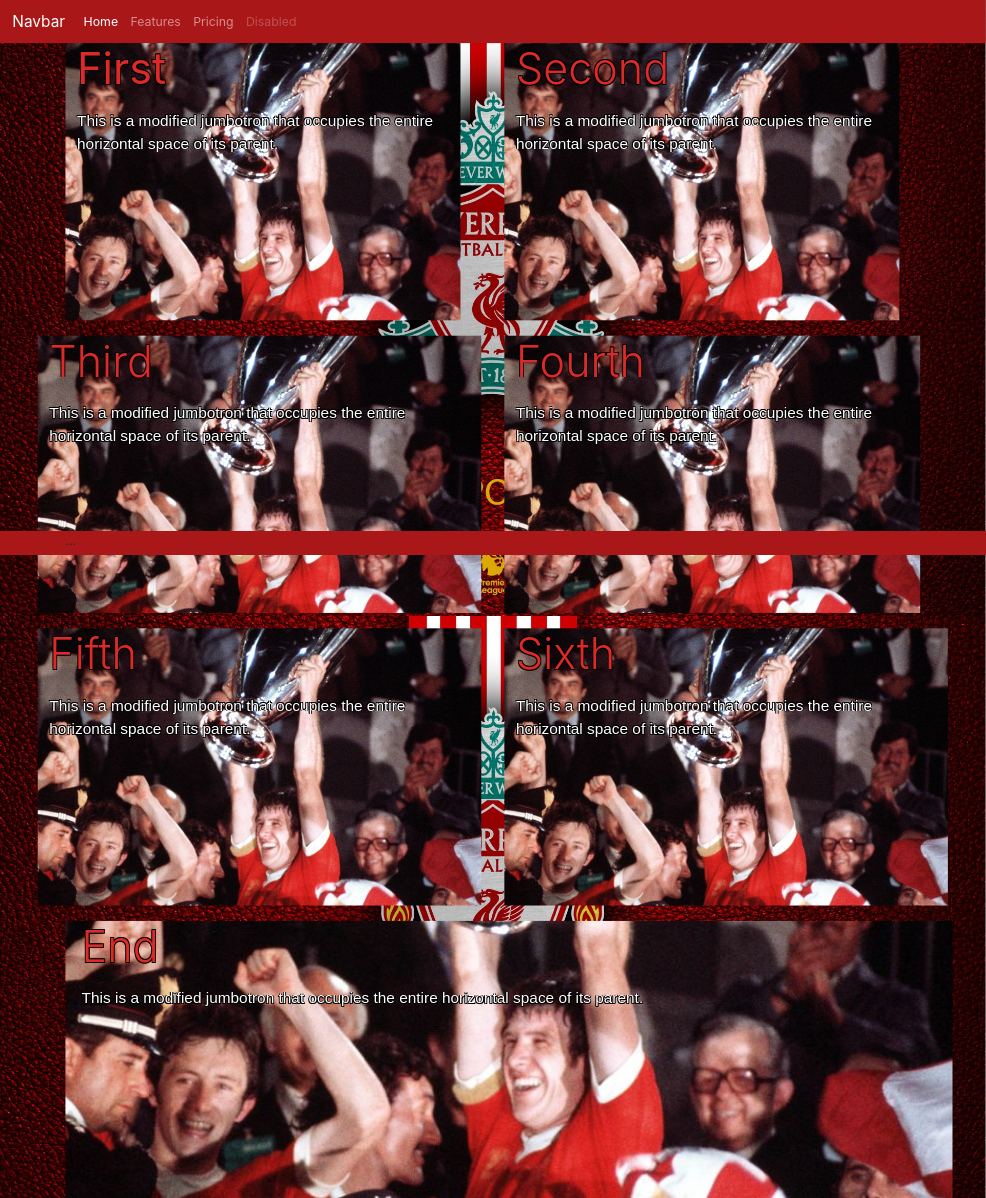
Repository: DalyAD/allez-2
Page: page1.html
The author's editor kept a record of every edit. The page is drawn from the files as they stood at one moment, then again after the next edit.
The browser window is 1280 px wide. The pictures show the whole page, at 77% of full size.
Backgrounds fixed to the window are drawn as part of the page.

Above is the page before.

### page1.html
<!DOCTYPE html>
<html lang="en">

<head>
    <meta charset="UTF-8">
    <meta name="viewport" content="width=device-width, initial-scale=1.0">
    <meta http-equiv="X-UA-Compatible" content="ie=edge">
    <link rel="stylesheet" href="assets/css/style.css" type="text/css" />
    <link rel="stylesheet" href="https://stackpath.bootstrapcdn.com/font-awesome/4.7.0/css/font-awesome.min.css" type="text/css" />
    <link rel="stylesheet" href="https://stackpath.bootstrapcdn.com/bootstrap/4.4.1/css/bootstrap.min.css" type="text/css" />
    <title>Document</title>
</head>

<body>
    <header>
        <nav class="navbar navbar-expand-lg navbar-dark">
            <a class="navbar-brand" href="index.html">Navbar</a>
            <button class="navbar-toggler" type="button" data-toggle="collapse" data-target="#navbarNavAltMarkup" aria-controls="navbarNavAltMarkup" aria-expanded="false" aria-label="Toggle navigation">
                <span class="navbar-toggler-icon"></span>
            </button>
            <div class="collapse navbar-collapse" id="navbarNavAltMarkup">
                <div class="navbar-nav">
                    <a class="nav-item nav-link active" href="#">Home <span class="sr-only">(current)</span></a>
                    <a class="nav-item nav-link" href="#">Features</a>
                    <a class="nav-item nav-link" href="#">Pricing</a>
                    <a class="nav-item nav-link disabled" href="#">Disabled</a>
                </div>
            </div>
        </nav>
    </header>
    <section>
        <div class="container">
            <div class="row">
                <div class="col-sm-12 col-lg-6">
                    <div class="first">
                        <div class="container">
                            <h1 class="display-4"><strong>First</strong></h1>
                            <p class="lead">This is a modified jumbotron that occupies the entire horizontal space of its parent.</p>
                        </div>
                    </div>
                </div>
                <div class="col-sm-12 col-lg-6">
                    <div class="second">
                        <div class="container">
                            <h1 class="display-4">Second</h1>
                            <p class="lead">This is a modified jumbotron that occupies the entire horizontal space of its parent.</p>
                        </div>
                    </div>
                </div>
                <div class="container">
                    <div class="row">
                        <div class="col-sm-12 col-lg-6">
                            <div class="third">
                                <div class="container">
                                    <h1 class="display-4">Third</h1>
                                    <p class="lead">This is a modified jumbotron that occupies the entire horizontal space of its parent.</p>
                                </div>
                            </div>
                        </div>
                        <div class="col-sm-12 col-lg-6">
                            <div class="fourth">
                                <div class="container">
                                    <h1 class="display-4">Fourth</h1>
                                    <p class="lead">This is a modified jumbotron that occupies the entire horizontal space of its parent.</p>
                                </div>
                            </div>
                        </div>
                    </div>
                </div>
                <div class="container">
                <div class="row">
                    <div class="col-sm-12 col-lg-6">
                        <div class="fifth">
                            <div class="container">
                                <h1 class="display-4">Fifth</h1>
                                <p class="lead">This is a modified jumbotron that occupies the entire horizontal space of its parent.</p>
                            </div>
                        </div>
                    </div>
                    <div class="col-sm-12 col-lg-6">
                        <div class="sixth">
                            <div class="container">
                                <h1 class="display-4">Sixth</h1>
                                <p class="lead">This is a modified jumbotron that occupies the entire horizontal space of its parent.</p>
                            </div>
                        </div>
                    </div>
                </div>
                <div class="row">
                    <div class="col">
                        <div class="end">
                            <div class="container">
                                <h1 class="display-4">End</h1>
                                <p class="lead">This is a modified jumbotron that occupies the entire horizontal space of its parent.</p>
                            </div>
                        </div>
                    </div>
                </div>
            </div>
        </div>

    </section>
    <footer class="footer ">
        <div class="container">
            ...
        </div>
    </footer>
    <script src="https://code.jquery.com/jquery-3.4.1.slim.min.js" integrity="sha384-J6qa4849blE2+poT4WnyKhv5vZF5SrPo0iEjwBvKU7imGFAV0wwj1yYfoRSJoZ+n" crossorigin="anonymous"></script>
    <script src="https://cdn.jsdelivr.net/npm/popper.js@1.16.0/dist/umd/popper.min.js" integrity="sha384-Q6E9RHvbIyZFJoft+2mJbHaEWldlvI9IOYy5n3zV9zzTtmI3UksdQRVvoxMfooAo" crossorigin="anonymous"></script>
    <script src="https://stackpath.bootstrapcdn.com/bootstrap/4.4.1/js/bootstrap.min.js" integrity="sha384-wfSDF2E50Y2D1uUdj0O3uMBJnjuUD4Ih7YwaYd1iqfktj0Uod8GCExl3Og8ifwB6" crossorigin="anonymous"></script>
</body>

</html>

### assets/css/style.css
/*Global*/

.footer {
  position: fixed;
  bottom: 0;
  width: 100%;
  height: 30px;
  background-color: #aa1718;
  z-index: 1;
}

body {
  padding: 0;
  margin: 0;
}
/*index.html styling*/

@media (max-width:992px){
  .welcome {
    margin-left: 15px;
  }
}

.welcometext {
  padding: 20px;
}

.lead {
  padding-top: 10px;
  text-align: left;
}

.welcome {
  background-attachment: scroll;
  background-image: url(../images/1977.jpeg);
  background-position: bottom;
  background-size: cover;
  height: 50vh;
  width: 95%;
  margin-bottom: 0px;
  z-index: 1;
}

.welcome {
  overflow-y:auto;
  overflow-x:hidden;
}

.welcome {
  height: 80vh;
  width: 90vw;
  margin-top: 20px;
  margin-bottom: 20px;
}

/*page1.html styling*/

.welcome {
  background-color: #e84610(232, 70, 16, 0.62) !important;
}

.jumbotron {
  background-color: rgba(232, 70, 16, 0.62) !important;
}

.lead {
  font-family: Arial;
  color: #fff;
  font-size: 20px !important;
  text-shadow: -1px -1px 0 #000,
  1px -1px 0 #000,
  -1px 1px 0 #000,
  1px 1px 0 #000;
}

.jumbotron {}

.navbar {
  background-color: #aa1718;
}

.bg-custom {
  color: #fff !important;
}

.navbar-light a {
  color: #fff !important;
}

/*Jumbotron styling*/

.first {
  background-attachment: scroll;
  background-image: url(../images/1977.jpeg);
  background-position: bottom;
  background-size: cover;
  height: 50vh;
  width: 95%;
  margin-bottom: 0px;
  z-index: 1;
}


.second {
  background-attachment: scroll;
  background-image: url(../images/1977.jpeg);
  background-position: bottom;
  background-size: cover;
  height: 50vh;
  width: 95%;
  margin-bottom: 0px;
  z-index: 1;
}

.third {
  background-attachment: scroll;
  background-image: url(../images/1977.jpeg);
  background-position: bottom;
  background-size: cover;
  height: 50vh;
  width: 95%;
  margin-bottom: 0px;
  z-index: 1;
}

.fourth {
  background-attachment: scroll;
  background-image: url(../images/1977.jpeg);
  background-position: bottom;
  background-size: cover;
  height: 50vh;
  margin-bottom: 0px;
  z-index: 1;
}

.fifth {
  background-attachment: scroll;
  background-image: url(../images/1977.jpeg);
  background-position: bottom;
  background-size: cover;
  height: 50vh;
  width: 95%;
  margin-bottom: 0px;
  z-index: 1;
}

.sixth {
  background-attachment: scroll;
  background-image: url(../images/1977.jpeg);
  background-position: bottom;
  background-size: cover;
  height: 50vh;
  width: 95%;
  margin-bottom: 0px;
  z-index: 1;
}

.end {
  background-attachment: scroll;
  background-image: url(../images/1977.jpeg);
  background-position: bottom;
  background-size: cover;
  height: 50vh;
  width: 95%;
  margin-bottom: 0px;
  z-index: 1;
}

/*main background*/

body {
  background-attachment: fixed;
  background-image: url(../images/crest2.jpg);
  background-position: center;
  background-repeat: no-repeat;
  background-size: cover;
  height: 100vh;
  width: 100vw;
  margin-bottom: 0px;
  z-index: 1;
}

.display-4 {
  color: #dd2a28;
  text-shadow: -1px -1px 0 #000,
  1px -1px 0 #000,
  -1px 1px 0 #000,
  1px 1px 0 #000;
}

/*desktop*/

@media (min-width:992px) {
  .fourth {
    margin-top: 20px;
  }
}

@media (min-width:992px) {
  .fourth {
    margin-top: 20px;
  }
}

@media (min-width:992px) {
  .third {
    margin-top: 20px;
    width: 45vw;
    float: right;
  }
}

@media (min-width:992px) {
  .fourth {
    margin-top: 20px;
  }
}

@media (min-width:992px) {
  .fifth {
    margin-top: 20px;
    width: 45vw;
    float: right;
  }
}

@media (min-width:992px) {
  .sixth {
    margin-top: 20px;
    width: 45vw;
    float: left;
  }
}

@media (min-width:992px) {
  .end {
    margin-top: 20px;
    width: 90vw;
  }
}


/*mobile margins*/

@media (max-width:992px) {
  .first {
    margin-top: 20px;
  }

}

@media (max-width:992px) {
  .second {
    margin-top: 20px;
  }

}

@media (max-width:992px) {
  .third {
    margin-top: 20px;
  }

}

@media (max-width:992px) {
  .fourth {
    margin-top: 20px;
  }

}

@media (max-width:992px) {
  .fifth {
    margin-top: 20px;
  }

}

@media (max-width:992px) {
  .sixth {
    margin-top: 20px;
  }

}

@media (max-width:992px) {
  .end {
    margin-top: 20px;
  }

}

After the next edit:
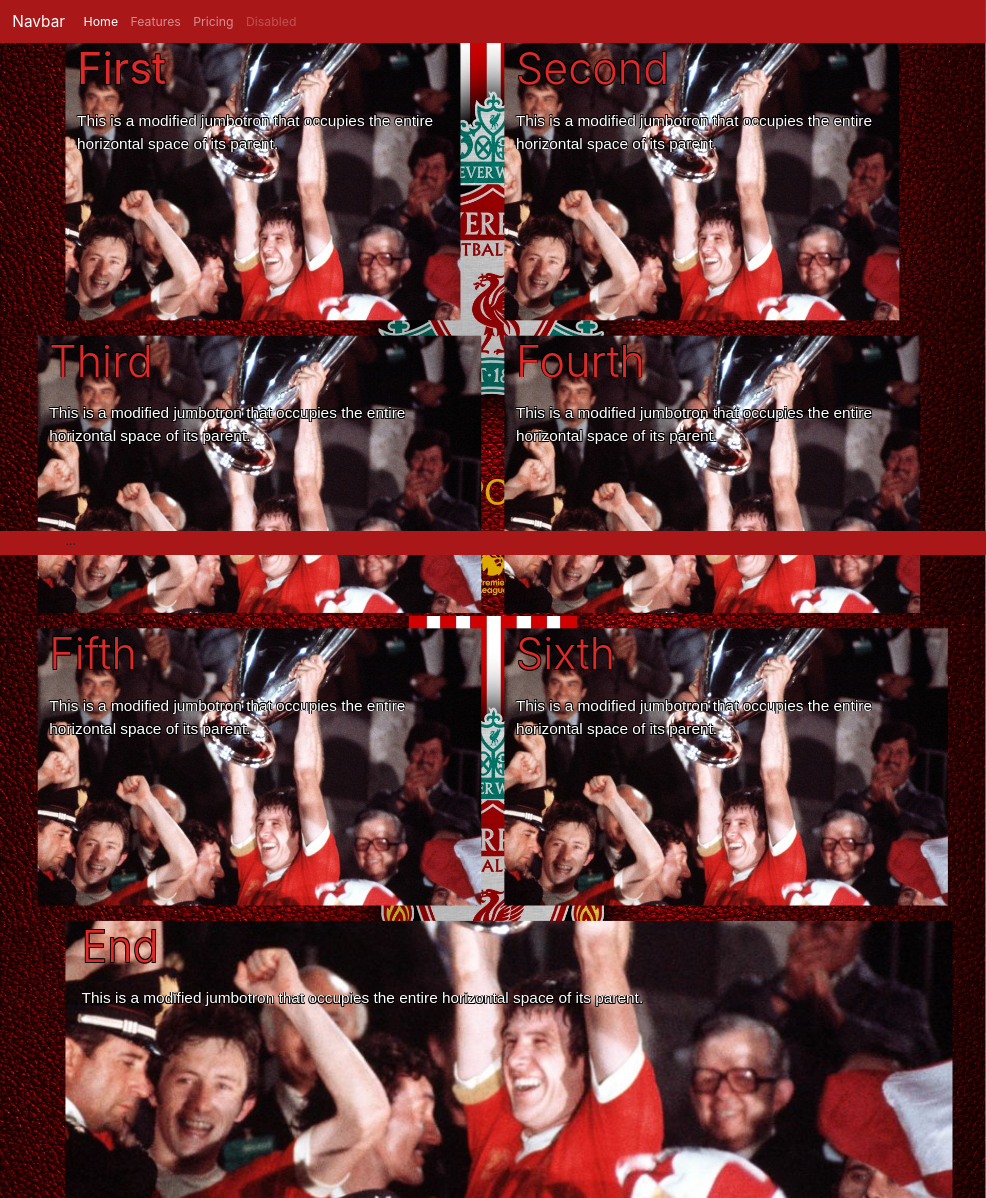
The edit:
--- a/assets/css/style.css
+++ b/assets/css/style.css
@@ -126,10 +126,8 @@
 .fourth {
   background-attachment: scroll;
   background-image: url(../images/1977.jpeg);
-  background-position: bottom;
-  background-size: cover;
-  height: 50vh;
-  margin-bottom: 0px;
+  background-size: cover;
+  min-height: 50vh;
   z-index: 1;
 }
 
